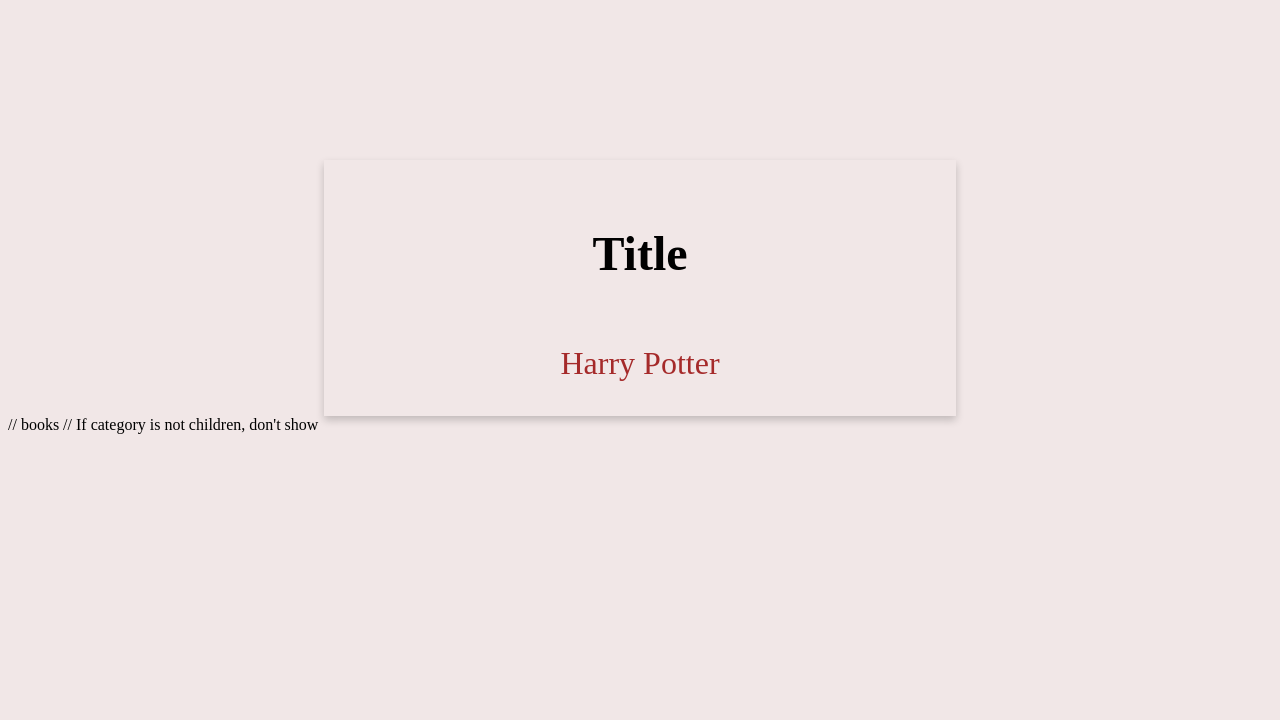
Repository: cyborgEneki/archangel-code-challenge
Page: index.html
An editor plug-in stored every save of this project. The page is shown before and after the next save, followed by the edit.
The browser window is 1280 px wide. The pictures show the whole page.
The style sheet was rebuilt from its Sass, Less or Tailwind sources for each picture, by a compiler version that may differ from the author's.

Above is the page before, as saved 2020-11-05 14:07:10.

After the next save:
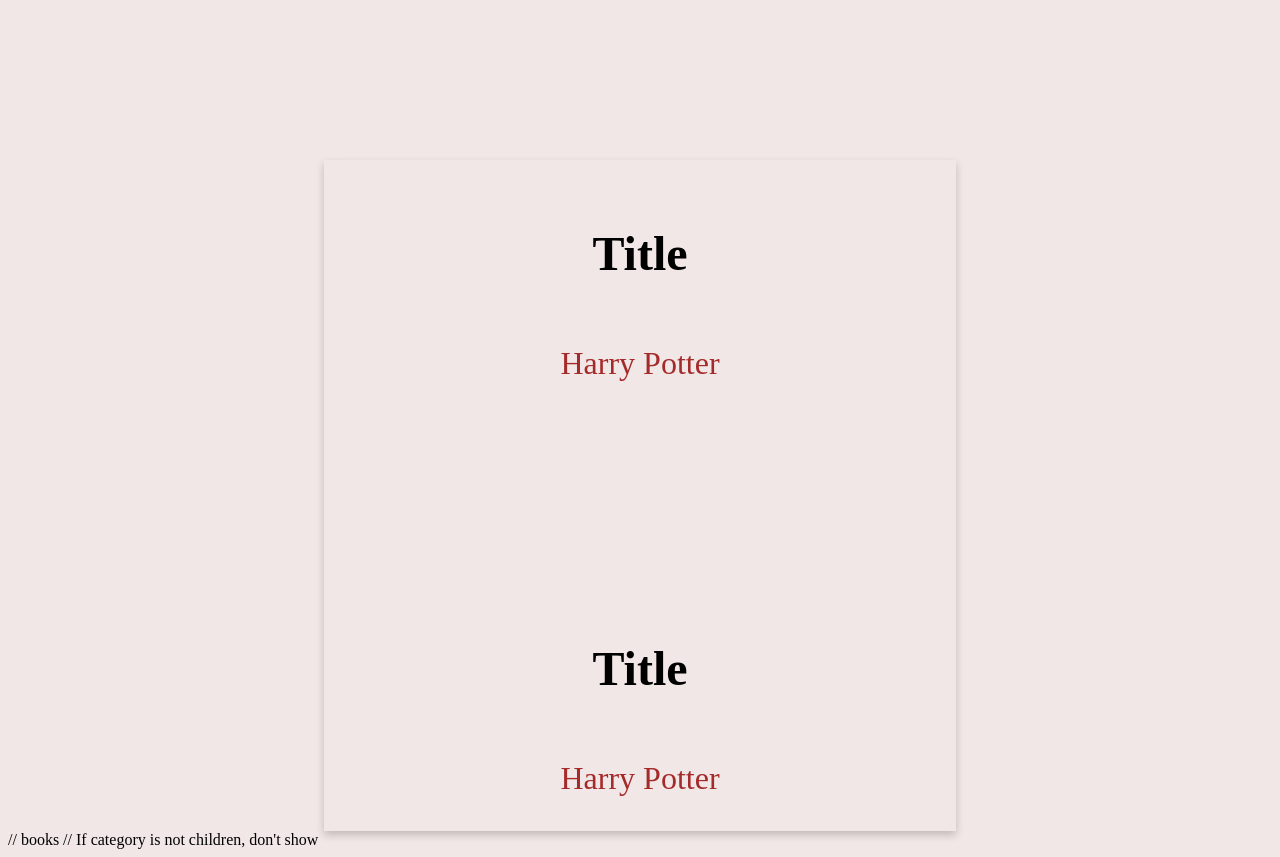
Saved 6 s later.
--- a/index.html
+++ b/index.html
@@ -15,6 +15,10 @@
                     <h4 class="card__heading"><b>Title</b></h4>
                     <p class="card__text">Harry Potter</p>
                 </div>
+                <div class="card__container">
+                    <h4 class="card__heading"><b>Title</b></h4>
+                    <p class="card__text">Harry Potter</p>
+                </div>
             </div>
     </script>
     <script src="assets/js/books.js"></script>
